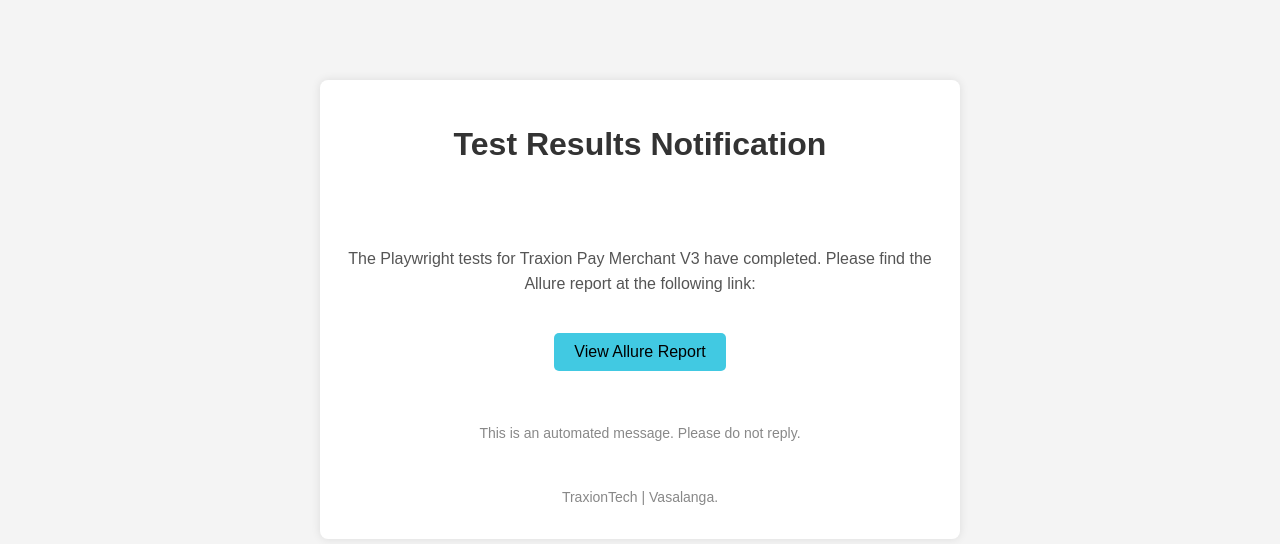
Repository: jmendozaqa24/TraxionPay-V3
Page: template.html
An editor plug-in stored every save of this project. The page is shown before and after the next save, followed by the edit.
The browser window is 1280 px wide. The pictures show the whole page.

Above is the page before, as saved 2025-01-31 10:01:35.

After the next save:
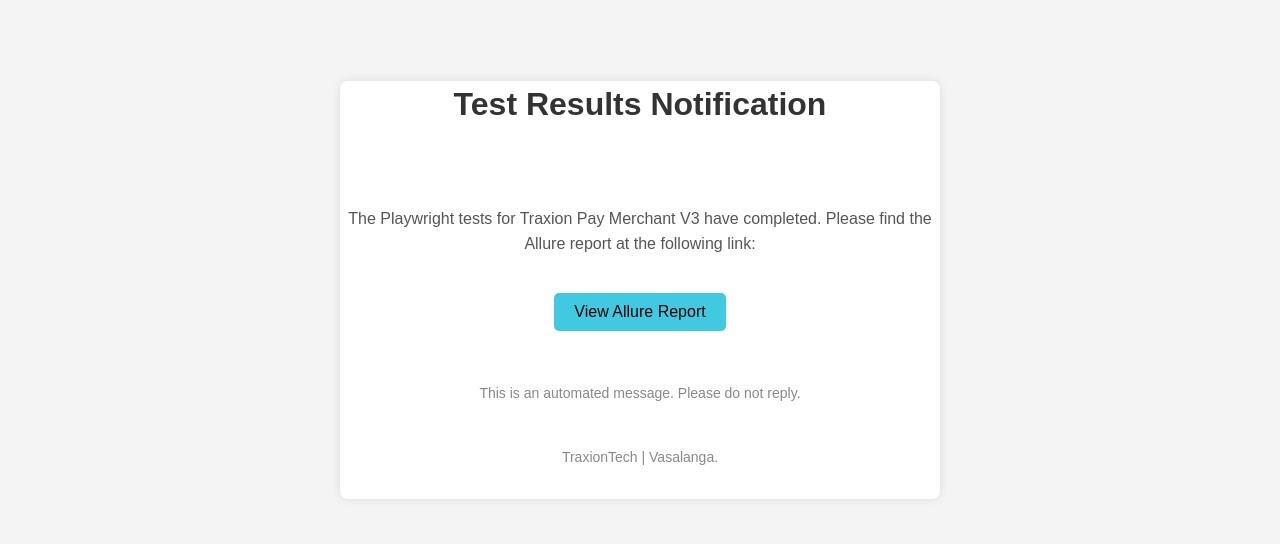
Saved 29 s later.
--- a/template.html
+++ b/template.html
@@ -6,7 +6,7 @@
                 <title>Test Results Notification</title>
             </head>
             <body style="font-family: Arial, sans-serif; background-color: #f4f4f4; margin: 50px 0; padding: 10px 0;">
-                <div style="max-width: 600px; margin: 20px auto; background-color: #ffffff; padding: 20px; border-radius: 8px; box-shadow: 0 0 10px rgba(0, 0, 0, 0.1);">
+                <div style="max-width: 600px; margin: 20px auto; background-color: #ffffff; padding-bottom: 20px; border-radius: 8px; box-shadow: 0 0 10px rgba(0, 0, 0, 0.1);">
                     <div style="text-align: center; padding-bottom: 20px;">
                         <h1 style="color: #333333; margin: 5; padding: 5px 0; ">Test Results Notification</h1>
                     </div>
